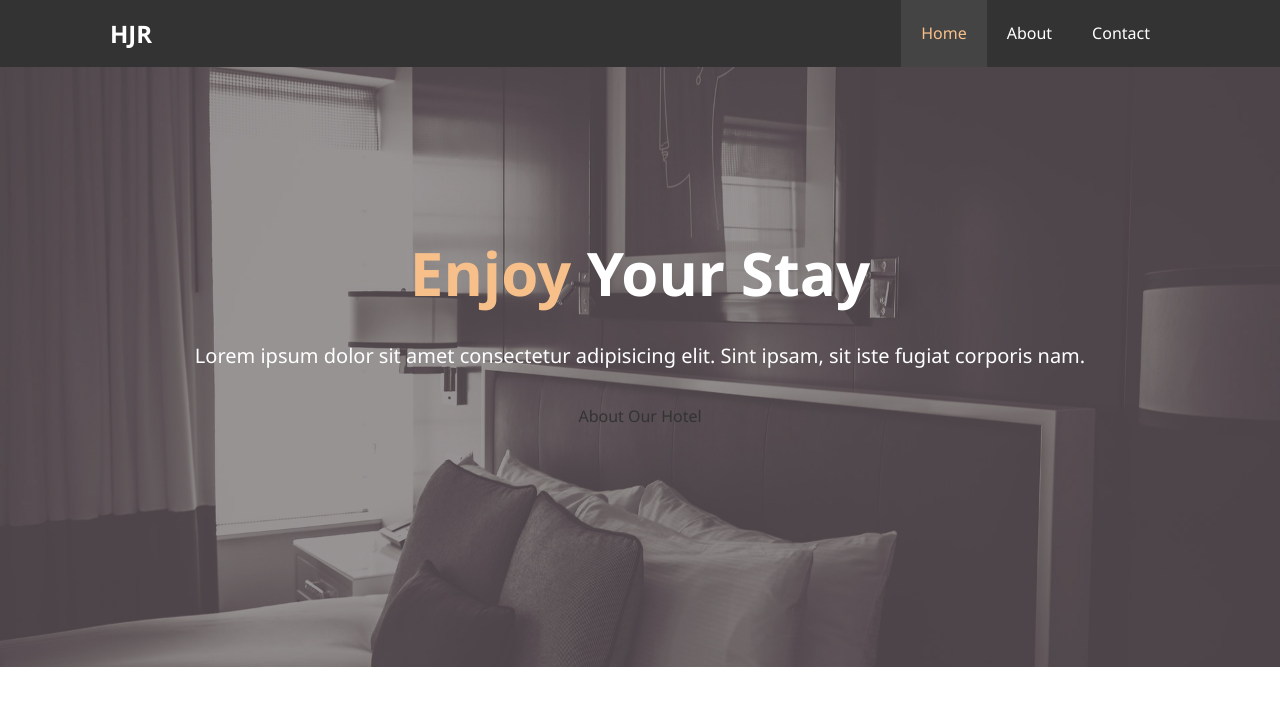
Repository: dimlutine/Hotel-Project
Page: index.html
These files come from the project's save history. The page is drawn as it stood at one moment and after the next save; the edit follows.
The browser window is 1280 px wide. The pictures show the whole page.

Above is the page before, as saved 2019-07-05 21:55:44.

### index.html
<!DOCTYPE html>
<html lang="en">

<head>
    <meta charset="UTF-8">
    <meta name="viewport" content="width=device-width, initial-scale=1.0">
    <meta http-equiv="X-UA-Compatible" content="ie=edge">
    <meta name="description" content="Welcome to the neatest hotel in Durham, North Carolina!">
    <meta name="keywords" content="hotel,durham hotel, north carolina hotel, rdu hotel">
    <link rel="stylesheet" href="css/style.css">
    <title>Hotel JR | Durham Hotel</title>
</head>

<body>
    <header>
        <nav id="navbar">
            <div class="container">
                <h1 class="logo"><a href="index.html">HJR</a></h1>
                <ul>
                    <li><a class="current" href="index.html">Home</a></li>
                    <li><a href="about.html">About</a></li>
                    <li><a href="contact.html">Contact</a></li>
                </ul>
            </div>

        </nav>
        <div id="showcase">
            <div class="container">
                <div class="showcase-content">
                    <h1>
                        <span class="text-primary">Enjoy</span> Your Stay
                    </h1>
                    <p class="lead">Lorem ipsum dolor sit amet consectetur adipisicing elit. Sint ipsam, sit iste fugiat corporis nam.</p>
                    <a class="btn" href="about.html">About Our Hotel</a>
                </div>
            </div>
        </div>
    </header>
</body>

</html>

### css/style.css
* {
    padding: 0;
    margin: 0;
    box-sizing: border-box;
}

html,
body {
    font-family: 'Segoe UI', 'Segoe UI', Tahoma, Geneva, Verdana, sans-serif;
    line-height: 1.7em;
}

a {
    color: #333;
    text-decoration: none;
}

h1,
h2,
h3 {
    padding-bottom: 20px;
}

p {
    margin: 10px 0;
}


/* Utilities */

.container {
    margin: auto;
    max-width: 1100px;
    overflow: auto;
    padding: 0 20px;
}

.text-primary {
    color: #f7c08a;
}

.lead {
    font-size: 20px;
}

.btn {
    display: inline-block;
}

#navbar {
    background: #333;
    color: #fff;
    overflow: auto;
}

#navbar a {
    color: #fff;
}

#navbar h1 {
    float: left;
    padding-top: 20px;
}

#navbar ul {
    float: right;
    list-style: none;
}

#navbar ul li {
    float: left;
}

#navbar ul li a {
    display: block;
    padding: 20px;
    text-align: center;
}

#navbar ul li a:hover,
#navbar ul li a.current {
    background: #444;
    color: #f7c08a;
}


/* Showcase */

#showcase {
    background: url('../img/showcase.jpg') no-repeat center center/cover;
    height: 600px;
}

#showcase .showcase-content {
    color: #fff;
    text-align: center;
    padding-top: 170px;
}

#showcase .showcase-content h1 {
    font-size: 60px;
    line-height: 1.2em;
}

#showcase .showcase-content p {
    padding-bottom: 20px;
    line-height: 1.7em;
}

After the next save:
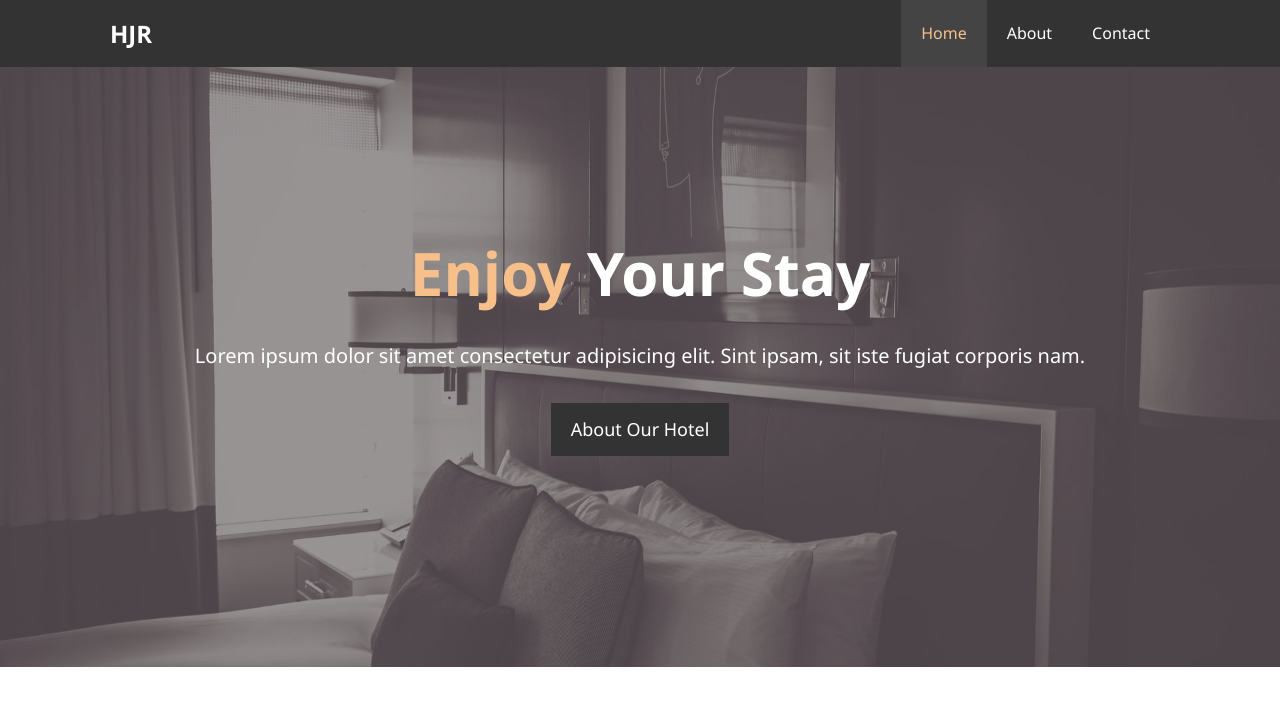
Saved 2 min 34 s later.
--- a/css/style.css
+++ b/css/style.css
@@ -45,6 +45,11 @@ p {
 
 .btn {
     display: inline-block;
+    font-size: 18px;
+    color: #fff;
+    background: #333;
+    padding: 13px 20px;
+    border: none;
 }
 
 #navbar {
